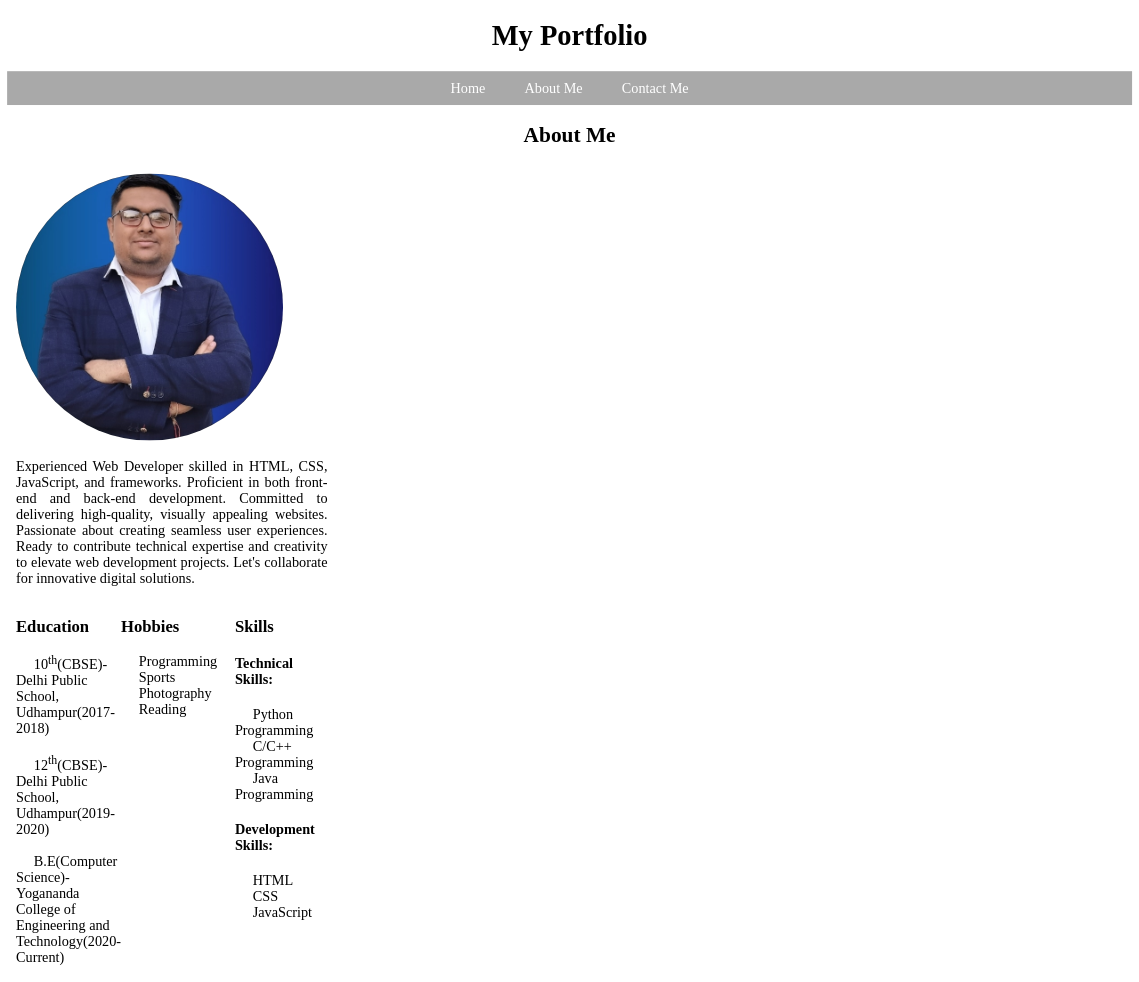
Repository: harshitanthal1/my_portfolio
Page: aboutme.html
These files come from the project's save history. The page is drawn as it stood at one moment and after the next save; the edit follows.
The browser window is 1280 px wide. The pictures show the whole page, at 89% of full size.

Above is the page before, as saved 2024-02-04 10:05:36.

After the next save:
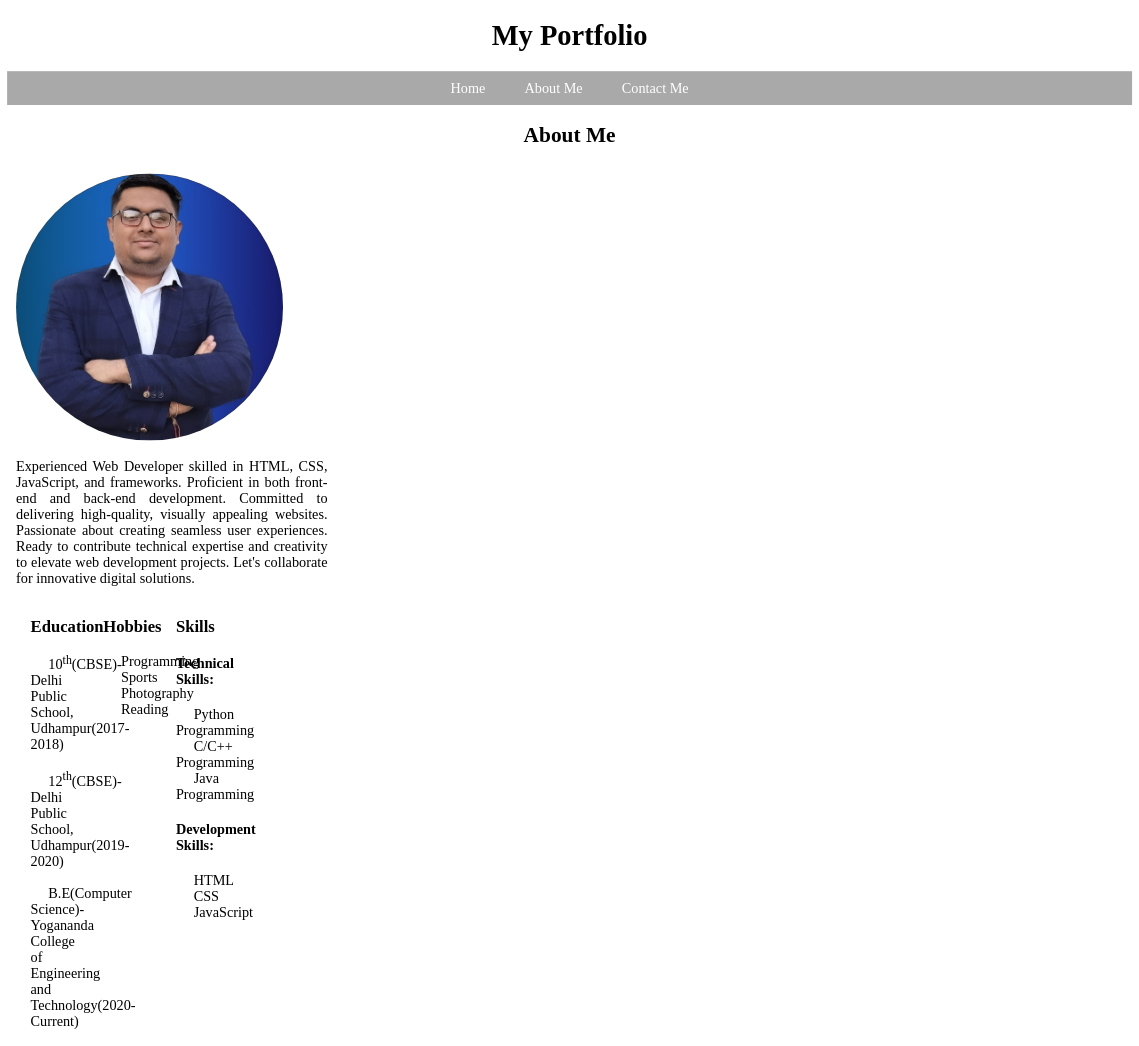
Saved 2 min 22 s later.
--- a/styles/styles.css
+++ b/styles/styles.css
@@ -31,6 +31,11 @@ a {
 #info {
     display: flex;
     width: 70%;
+    justify-content: space-around;
+}
+
+.sub-box {
+    width: 20%;
 }
 
 p {
